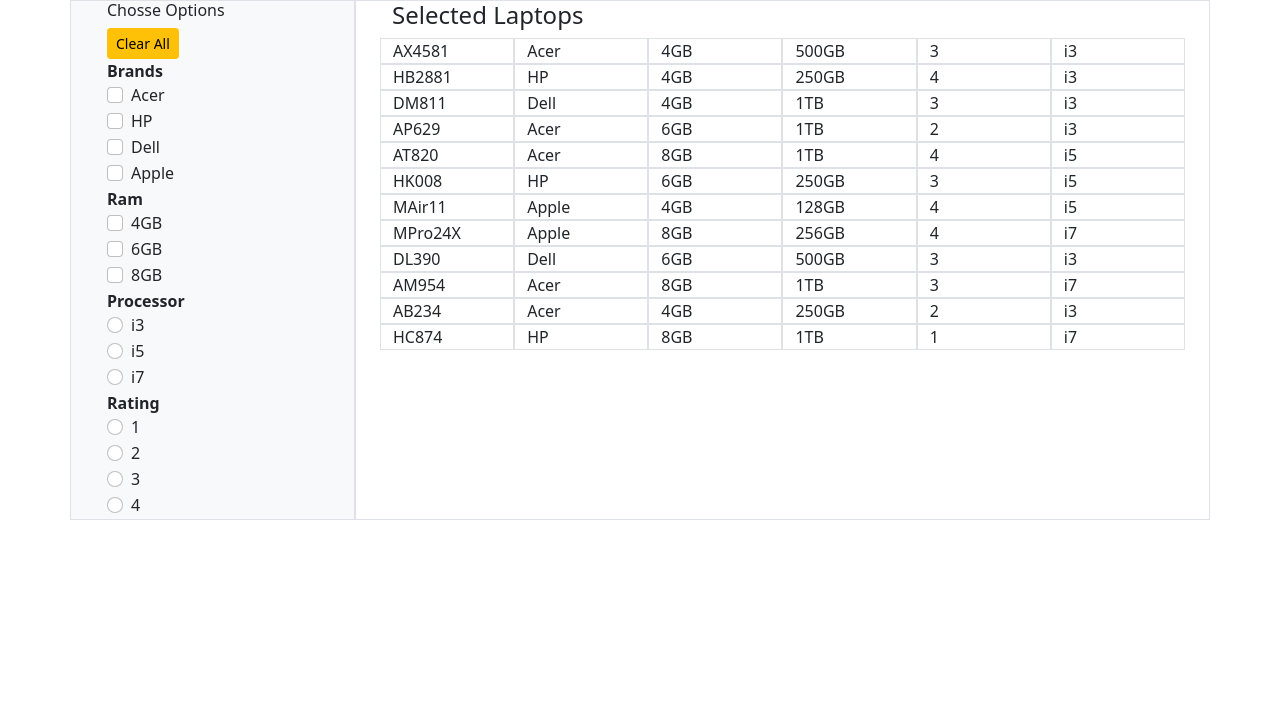
Repository: Sanjayjangra88/combo_app
Page: /
An editor plug-in stored every save of this project. The page is shown before and after the next save, followed by the edit.
The browser window is 1280 px wide. The pictures show the whole page.
Some web libraries are served in a nearby version. The project was rebuilt for these pictures with package versions that can differ from the ones it lists, and the page was loaded fresh each time. Also part of the build but not shown: src/App.js.

Above is the page before, as saved 2022-06-03 13:52:02.

After the next save:
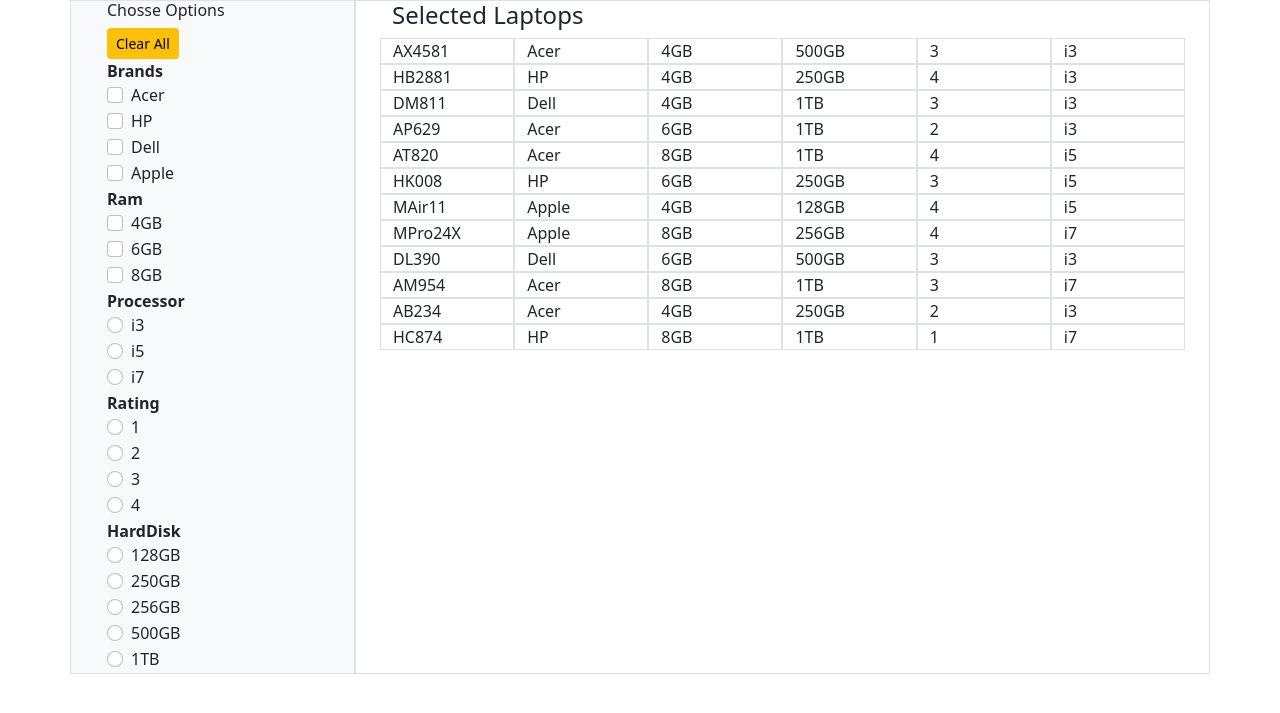
Saved 105 s later.
--- a/src/Components/leftPanel.jsx
+++ b/src/Components/leftPanel.jsx
@@ -12,6 +12,7 @@
           {this.showCheckBoxes("Ram",optionArry.ram,"ram",optionSell.ram)}
           {this.showRadios("Processor",optionArry.processor,"processor",optionSell.processor)}
           {this.showRadios("Rating",optionArry.rating,"rating",optionSell.rating)}
+          {this.showRadios("HardDisk",optionArry.hardDisk,"hardDisk",optionSell.hardDisk)}
       </div>
     )
   }
